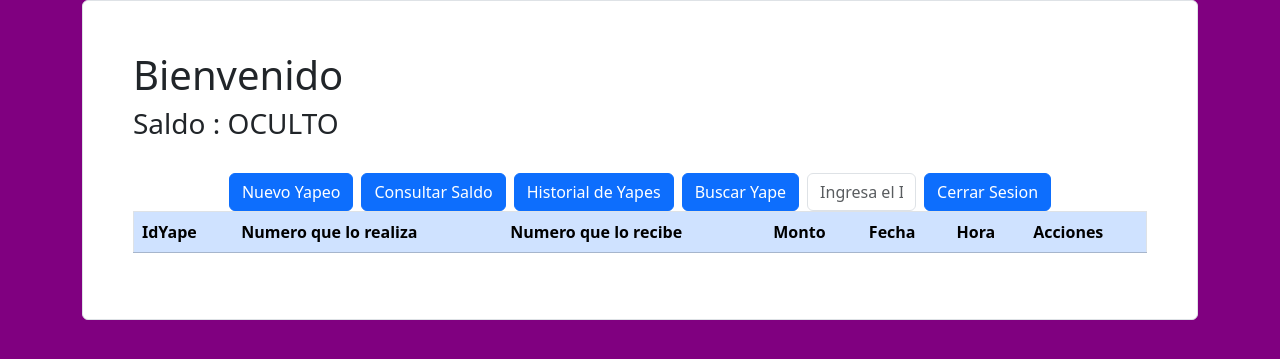
Repository: Gimblet/LP1_Proyecto_Yape
Page: http://localhost/Yape/clientDashboard.jsp
The author's editor kept a copy of each file at every save. The page is drawn from the files as they stood at one save, then again after the next save.
The browser window is 1280 px wide. The pictures show the whole page.
The page is served by Tomcat 9. Other server files are loaded and not shown. The template is opened directly, without the code that normally fills it, so the values that code supplies are empty.

Above is the page before, as saved 2024-05-02 07:14:52.

### Yape/src/main/webapp/clientDashboard.jsp
<%@ page import="java.util.List" %>
    <%@ page import="data.Yapes" %>
        <%@ page import="data.Logins" %>
            <%@ page language="java" contentType="text/html; charset=ISO-8859-1" pageEncoding="ISO-8859-1" %>
                <% double dinero=0.0; if(request.getAttribute("saldo") !=null){ Logins saldo=(Logins)
                    request.getAttribute("saldo"); dinero=saldo.getSaldo(); } List<Yapes> yapeList = (List<Yapes>)
                        request.getAttribute("ListaYapes");
                        %>
                        <!DOCTYPE html>
                        <html>

                        <head>
                            <meta charset="ISO-8859-1">
                            <link href="Resources/bootstrap.min.css" rel="stylesheet">
                            <title>Client Dashboard</title>
                            <style>
                                body {
                                    background-color: purple;
                                }

                                main {
                                    background-color: white;
                                    display: flex;
                                    flex-direction: column;
                                    margin: auto;
                                    padding: 50px;
                                }

                                #servlet-btn {
                                    display: block;
                                }

                                section {
                                    display: flex;
                                    flex-direction: column;
                                }

                                .buscarContainer {
                                    display: flex;
                                    gap: 8px;
                                }

                                #asu {
                                    gap: 8px;
                                    display: flex;
                                    justify-content: center;
                                }

                                form {
                                    display: flex;
                                }

                                input {
                                    height: max-content;
                                }

                                form div {
                                    justify-self: start;
                                    display: flex;
                                }
                            </style>
                        </head>

                        <body>
                            <div class="container">
                                <main class="border rounded">
                                    <section id="servlet-btn">
                                        <h1>Bienvenido</h1>
                                        <h3>Saldo : <% if(dinero==0.0) { %>OCULTO<% } else { %>
                                                    <%= dinero %>
                                                        <% } %>
                                        </h3>
                                        <br>
                                        <div>
                                            <form action="Servlet" method="post">
                                                <div id="asu" class="container">
                                                    <input class="btn btn-primary" type="submit" value="Nuevo Yapeo"
                                                        name="type">
                                                    <input class="btn btn-primary" type="submit" value="Consultar Saldo"
                                                        name="type">
                                                    <input class="btn btn-primary" type="submit"
                                                        value="Historial de Yapes" name="type">
                                                    <div class="buscarContainer">
                                                        <input class="btn btn-primary" type="submit" value="Buscar Yape"
                                                            name="type">
                                                        <input class="form form-control" size="4" type="text"
                                                            name="txtBuscar" <% String IDStatus="Ingresa el ID del Yape"
                                                            ; if(request.getAttribute("IDInvalido") !=null) {
                                                            IDStatus=(String) request.getAttribute("IDInvalido"); } %>
                                                        placeholder="<%= IDStatus %>">
                                                    </div>
                                                    <input class="btn btn-primary" id="cerrar" type="submit"
                                                        value="Cerrar Sesion" name="type">
                                                </div>
                                            </form>
                                        </div>
                                    </section>
                                    <section>
                                        <table class="table table-hover table-striped border rounded">
                                            <thead class="table-primary">
                                                <tr>
                                                    <th>IdYape</th>
                                                    <th>Numero que lo realiza</th>
                                                    <th>Numero que lo recibe</th>
                                                    <th>Monto</th>
                                                    <th>Fecha</th>
                                                    <th>Hora</th>
                                                    <th>Acciones</th>
                                                </tr>
                                            </thead>
                                            <tbody>
                                                <% if(yapeList !=null){ for(Yapes item : yapeList){ %>
                                                    <tr>
                                                        <td id="idYapeLista">
                                                            <%= item.getIdYape() %>
                                                        </td>
                                                        <td>
                                                            <%= item.getNumeroRealizante() %>
                                                        </td>
                                                        <td>
                                                            <%= item.getNumeroRecibiente() %>
                                                        </td>
                                                        <td>
                                                            <%= item.getMonto() %>
                                                        </td>
                                                        <td>
                                                            <%= item.getFecha() %>
                                                        </td>
                                                        <td>
                                                            <%= item.getHora() %>
                                                        </td>
                                                        <td><center><a href="Servlet?type=Buscar Yape&id=<%=item.getIdYape()%>"><svg
                                                                    xmlns="http://www.w3.org/2000/svg" width="24"
                                                                    height="24" fill="gray"
                                                                    class="bi bi-info-circle-fill" viewBox="0 0 16 16">
                                                                    <path
                                                                        d="M8 16A8 8 0 1 0 8 0a8 8 0 0 0 0 16m.93-9.412-1 4.705c-.07.34.029.533.304.533.194 0 .487-.07.686-.246l-.088.416c-.287.346-.92.598-1.465.598-.703 0-1.002-.422-.808-1.319l.738-3.468c.064-.293.006-.399-.287-.47l-.451-.081.082-.381 2.29-.287zM8 5.5a1 1 0 1 1 0-2 1 1 0 0 1 0 2" />
                                                                </svg></a></center></td>
                                                    </tr>
                                                    <% } } %>
                                            </tbody>
                                        </table>
                                    </section>
                                </main>
                            </div>
                        </body>

                        </html>

Loaded but not shown: Yape/src/main/webapp/Resources/bootstrap.min.css (library)

After the next save:
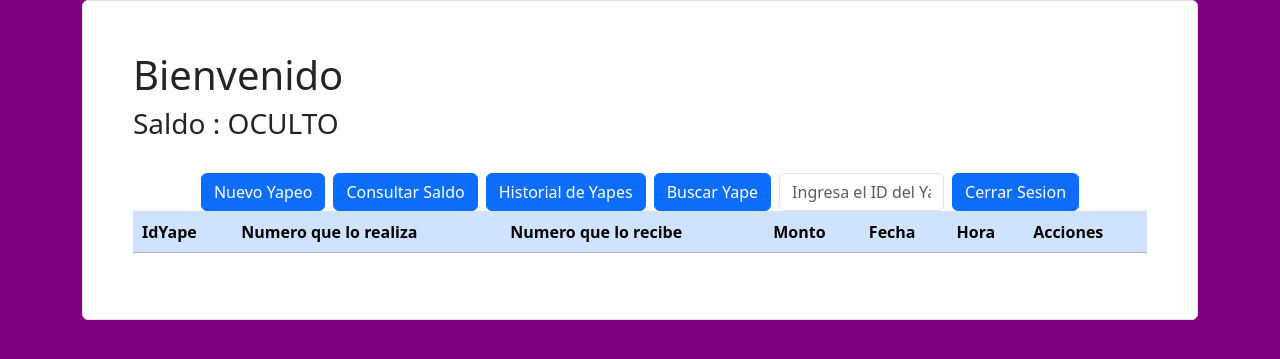
Saved 18 s later.
--- a/Yape/src/main/webapp/clientDashboard.jsp
+++ b/Yape/src/main/webapp/clientDashboard.jsp
@@ -83,7 +83,7 @@
                                                     <div class="buscarContainer">
                                                         <input class="btn btn-primary" type="submit" value="Buscar Yape"
                                                             name="type">
-                                                        <input class="form form-control" size="4" type="text"
+                                                        <input class="form form-control" size="10" type="text"
                                                             name="txtBuscar" <% String IDStatus="Ingresa el ID del Yape"
                                                             ; if(request.getAttribute("IDInvalido") !=null) {
                                                             IDStatus=(String) request.getAttribute("IDInvalido"); } %>
